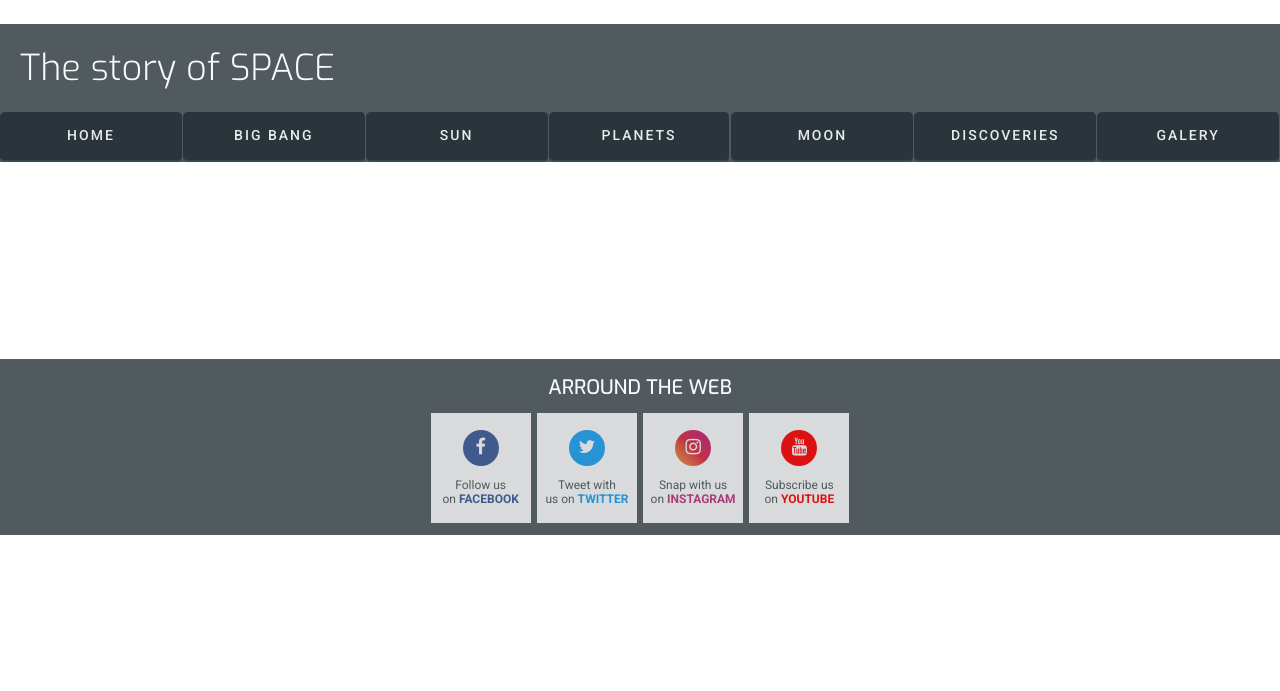
Repository: OlaQla/First-Milestones-Project
Page: galery.html
The author's editor kept a record of every edit. The page is drawn from the files as they stood at one moment, then again after the next edit.
The browser window is 1280 px wide. The pictures show the whole page.
Some web libraries are served in a nearby version.

Above is the page before.

After the next edit:
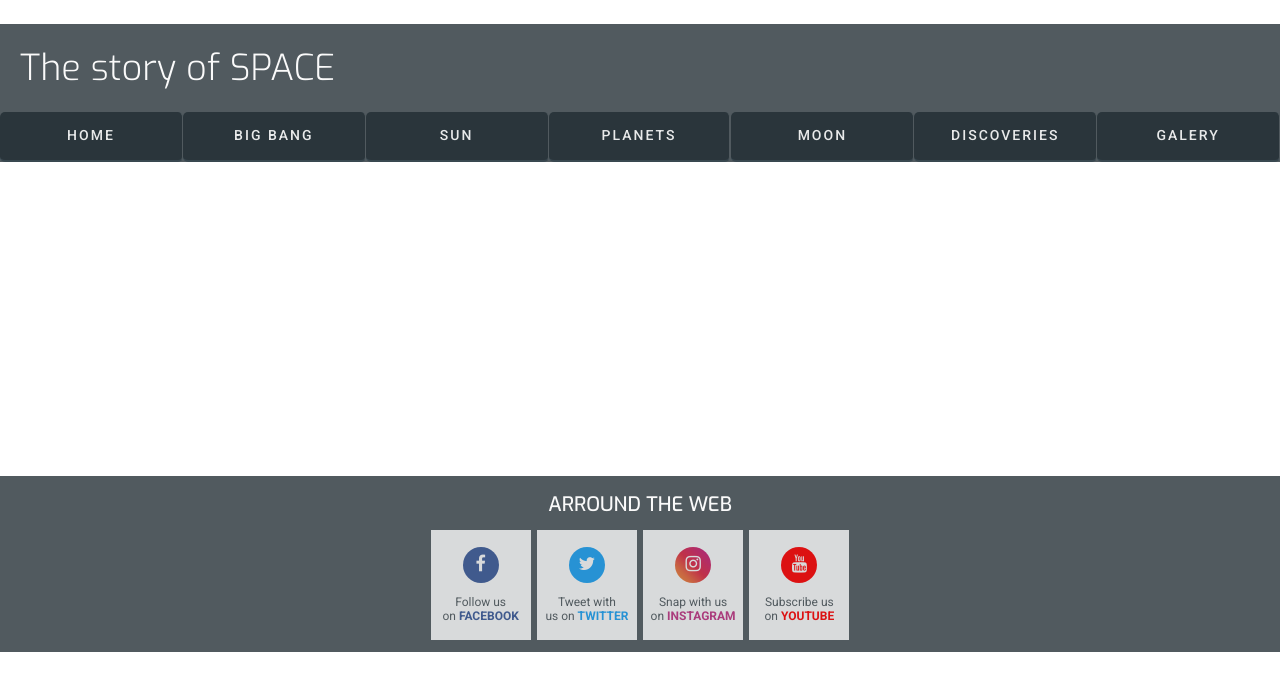
The edit:
--- a/galery.html
+++ b/galery.html
@@ -57,7 +57,7 @@
             <img src=""></img>
             <p></p>
         </div>
-        <div class="big">
+        <div>
             <img src=""></img>
             <p></p>
         </div>
